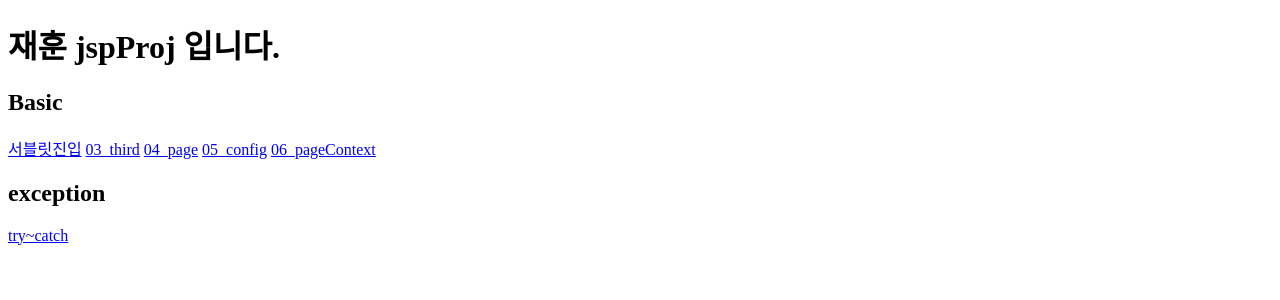
Repository: Jhoon0211/java_work
Page: http://localhost/jspProj/
An editor plug-in stored every save of this project. The page is shown before and after the next save, followed by the edit.
The browser window is 1280 px wide. The pictures show the whole page.
The page is served by Tomcat 9. Nobody is signed in. The application's start-up code is not run.

Above is the page before, as saved 2023-07-26 01:41:46.

After the next save:
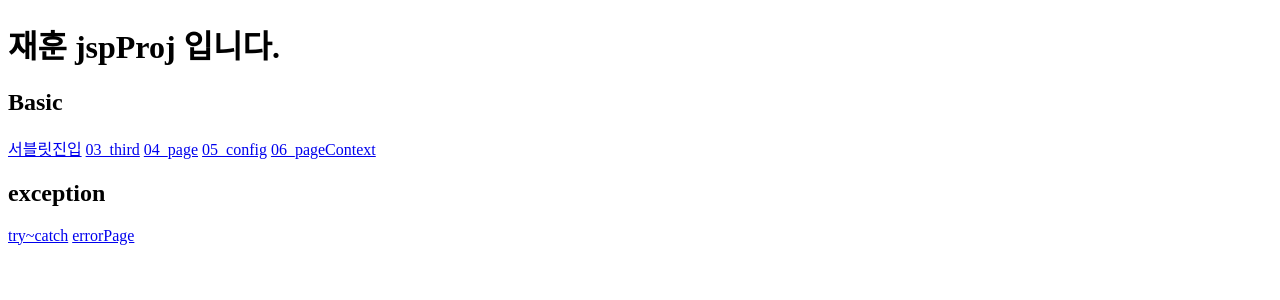
Saved 37 s later.
--- a/jspProj/src/main/webapp/index.jsp
+++ b/jspProj/src/main/webapp/index.jsp
@@ -16,5 +16,6 @@
 <a href="basic/06_pageContext.jsp">06_pageContext</a>
 <h2>exception</h2>
 <a href="err/aaa.jsp">try~catch</a>
+<a href="err/bbb.jsp">errorPage</a>
 </body>
 </html>
